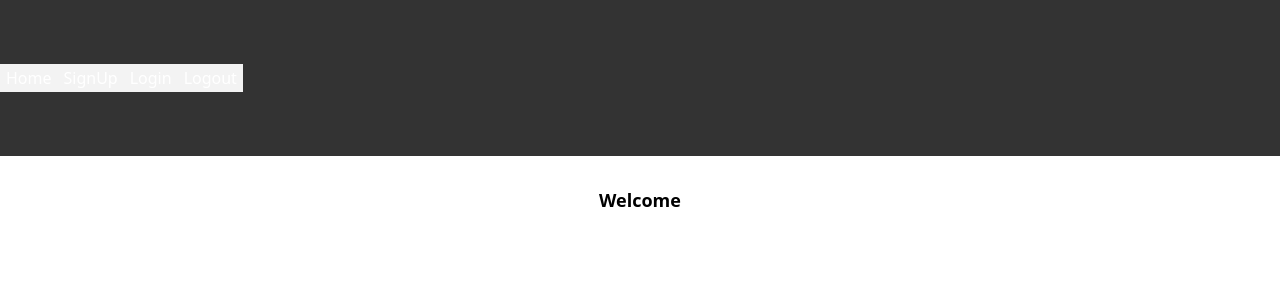
Repository: Ndifoinhilary/authentication
Page: http://localhost/
These files come from the project's save history. The page is drawn as it stood at one moment and after the next save; the edit follows.
The browser window is 1280 px wide. The pictures show the whole page.
The page is served by the project's application, run on Django 3.2 (manage.py).

Above is the page before, as saved 2024-01-03 10:42:38.

After the next save:
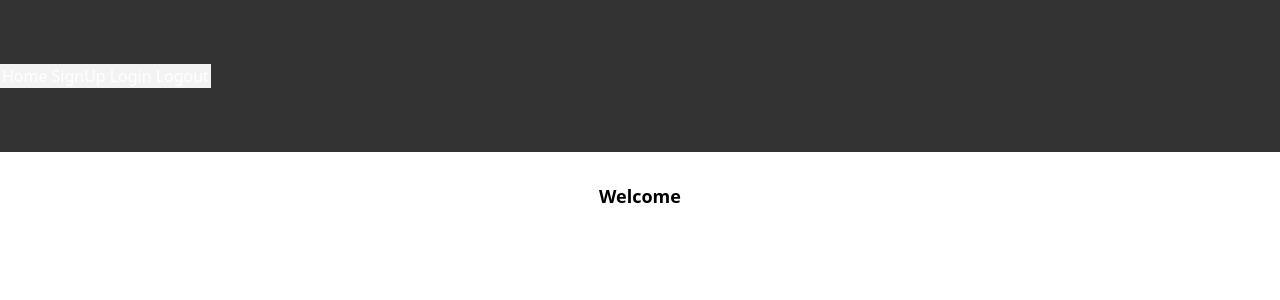
Saved 33 s later.
--- a/static/css/home.css
+++ b/static/css/home.css
@@ -39,7 +39,7 @@ h1{
     display: block;
     color: white;
     text-align: center;
-    padding: 3px 6px;
+    padding: 1px 2px;
     text-decoration: none;
 }
 
